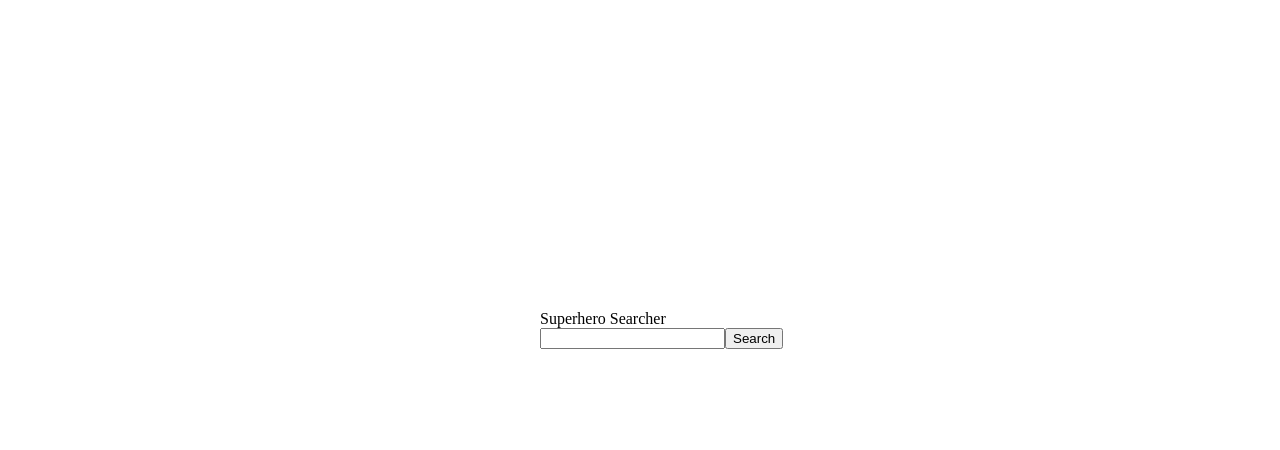
Repository: savi1623/SuperheroSearcher
Page: / (app in my-app/)
These files come from the project's save history. The page is drawn as it stood at one moment and after a run of saves; the edit follows.
The browser window is 1280 px wide. The pictures show the whole page.
The project was rebuilt for these pictures with package versions that can differ from the ones it lists, and the page was loaded fresh each time. Also part of the build but not shown: my-app/src/SuperImage/SuperImage.scss, my-app/src/SuperImage/SuperImage.js, my-app/src/Stats/Stats.scss, my-app/src/Stats/Stats.js, my-app/src/Biography/Biography.scss, my-app/src/Biography/Biography.js, my-app/src/Apperance/Apperance.scss, my-app/src/Apperance/Apperance.js and 8 more.

Above is the page before, as saved 2020-02-28 10:28:26.

After the next 3 saves:
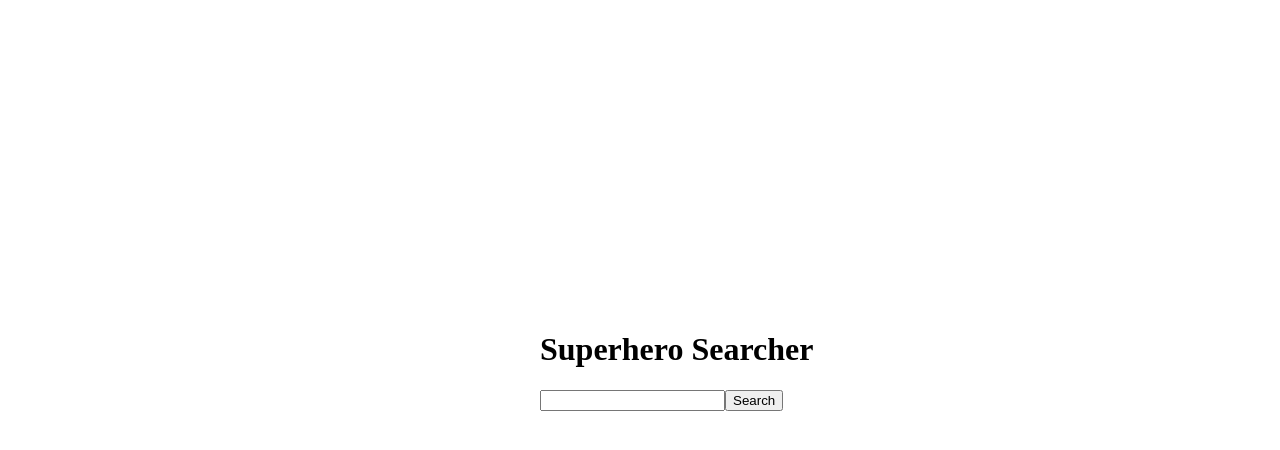
The 3 saves are shown as one change because 2 did not build or start.
The last was saved 51 s later.
--- a/my-app/src/App/App.js
+++ b/my-app/src/App/App.js
@@ -36,7 +36,7 @@
     const { modalIsOpen } = this.state;
     return (
       <div className='App'>
-        <div className='logo'>Superhero Searcher</div>
+        <h1 className='logo'>Superhero Searcher</h1>
         <input type='text' onChange={this.onChange} />
         <button onClick={this.openModal}>Search</button>
         <ReactModal
